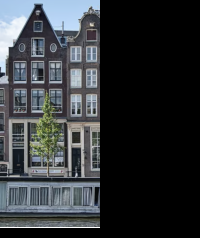
Repository: Ehye-tech/CloudResize
Script's output: python CloudResizeApp/cloudResize.py
The author's editor kept a copy of each file at every save. The script's output is drawn from the files as they stood at one save, then again after the next save.
Random numbers start from a fixed seed. It also reads CloudResizeApp/buildings.jpg.

Above is the script's output before, as saved 2024-08-10 12:01:14.

After the next save:
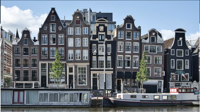
Saved 63 s later.
--- a/CloudResizeApp/cloudResize.py
+++ b/CloudResizeApp/cloudResize.py
@@ -17,11 +17,16 @@ type(img)
 cropped = img.crop((300,50,700,1000))
 # cropped.show()
 
-# resize for customized low resolution
+# resize for customized low resolution 1
 # low_res_img = cropped.resize(
 #     (cropped.width//4, cropped.height//4)
 # )
 # low_res_img.show()
 
-low_res_img2 = cropped.reduce(4)
-low_res_img2.show()
+# resize for customized low resolution 2
+# low_res_img2 = cropped.reduce(4)
+# low_res_img2.show()
+
+# make thumbnail
+img.thumbnail((200,200))
+img.show()
